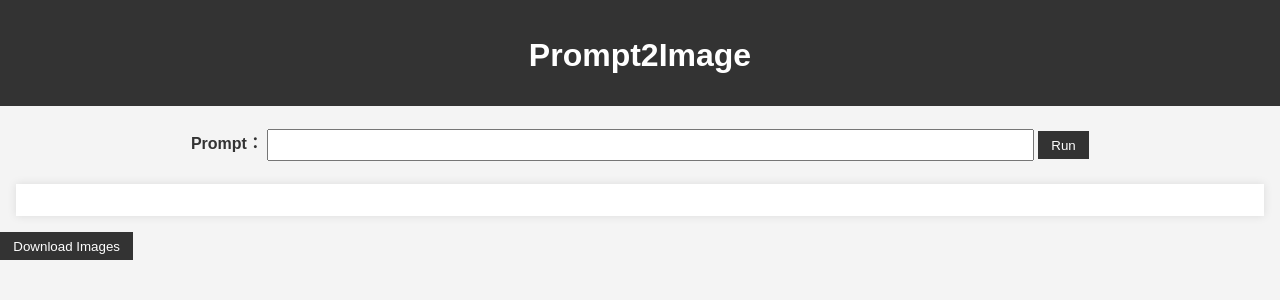
Repository: XTTTZ/Prompt2Image
Page: main1.html
The author's editor kept a copy of each file at every save. The page is drawn from the files as they stood at one save, then again after the next save.
The browser window is 1280 px wide. The pictures show the whole page.

Above is the page before, as saved 2023-11-13 05:48:29.
Console error: SyntaxError: Unexpected identifier 'searchInput'

### main1.html
<!DOCTYPE html>
<html lang="en">

<head>
    <meta charset="UTF-8">
    <meta name="viewport" content="width=device-width, initial-scale=1.0">
    <title>Prompt2Image</title>
    <style>
        body {
            font-family: 'Arial', sans-serif;
            margin: 0;
            padding: 0;
            background-color: #f4f4f4;
            color: #333;
        }

        header {
            background-color: #333;
            color: #fff;
            text-align: center;
            padding: 1em;
        }

        h1 {
            margin-bottom: 0.5em;
        }

        form {
            text-align: center;
            margin: 1em;
        }

        label {
            font-weight: bold;
        }

        input {
            padding: 0.5em;
            margin: 0.5em 0;
            width: 60%;
        }

        button {
            padding: 0.5em 1em;
            background-color: #333;
            color: #fff;
            border: none;
            cursor: pointer;
        }

        button:hover {
            background-color: #555;
        }

        #searchResult {
            margin: 1em;
            padding: 1em;
            background-color: #fff;
            box-shadow: 0 0 10px rgba(0, 0, 0, 0.1);
        }
    </style>
</head>

<body>
    <header>
        <h1>Prompt2Image</h1>
    </header>

    <form id="searchForm">
        <label for="searchInput">Prompt：</label>
        <input type="text" id="searchInput" name="searchInput">
        <button type="button" onclick="performSearch()">Run</button>
    </form>

    <div id="searchResult"></div>

    <!-- Display generated images -->
    <div id="generatedImages" class="generatedImage"></div>

    <button id="downloadButton" onclick="downloadImages()">Download Images</button>

    <script>
        function performSearch() {
            var searchInput = document.getElementById('searchInput').value;
            if searchInput == '':

                // 使用AJAX发送搜索内容到后端
                var xhr = new XMLHttpRequest();
            xhr.open('POST', '/search', true);
            xhr.setRequestHeader('Content-Type', 'application/json');
            xhr.onreadystatechange = function () {
                if (xhr.readyState == 4 && xhr.status == 200) {
                    // 处理从后端返回的结果
                    var result = JSON.parse(xhr.responseText);
                    document.getElementById('searchResult').innerHTML = '搜索结果：' + result.message + result.Time_used;
                }
            };
            xhr.send(JSON.stringify({ query: searchInput }));

            // Simulate a response with an array of sample image URLs
            var imageUrls = [
                'http://34.31.89.48:5000/download/image_0',
                'https://via.placeholder.com/256',
                'https://via.placeholder.com/256',
                'https://via.placeholder.com/256',
                // Add more image URLs as needed
            ];

            // Display the generated images
            var generatedImagesContainer = document.getElementById('generatedImages');
            var downloadButton = document.getElementById('downloadButton');

            // Clear previous content
            generatedImagesContainer.innerHTML = '';

            // Append image elements dynamically
            imageUrls.forEach(function (url) {
                var img = document.createElement('img');
                img.src = url;
                generatedImagesContainer.appendChild(img);
            });

            // Display the container and download button
            generatedImagesContainer.style.display = 'block';
            downloadButton.style.display = 'block';
        }

        function downloadImages() {
            // Simulate image download with sample image URLs
            var imageUrls = [
                'http://34.31.89.48:5000/download/image_0',
                'http://34.31.89.48:5000/download/image_0',
                'http://34.31.89.48:5000/download/image_0',
                'http://34.31.89.48:5000/download/image_0',
                // Add more image URLs as needed
            ];

            // Create a link element for each image and trigger download
            imageUrls.forEach(function (url, index) {
                var a = document.createElement('a');
                a.href = url;
                a.download = 'generated_image_' + (index + 1) + '.png';
                document.body.appendChild(a);
                a.click();
                document.body.removeChild(a);
            });
        }
    </script>
</body>

</html>

After the next save:
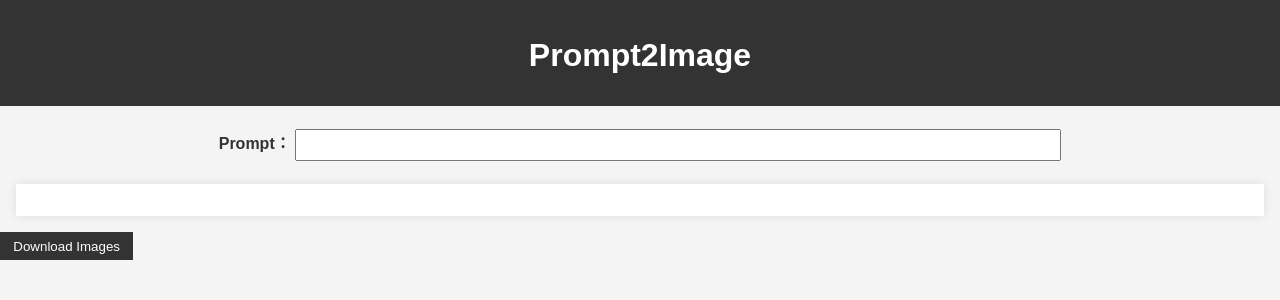
The error is gone.
Saved 2 min 30 s later.
--- a/main1.html
+++ b/main1.html
@@ -69,7 +69,7 @@
     <form id="searchForm">
         <label for="searchInput">Prompt：</label>
         <input type="text" id="searchInput" name="searchInput">
-        <button type="button" onclick="performSearch()">Run</button>
+        <button type="button" onclick="performSearch()" style="display:none;">Run</button>
     </form>
 
     <div id="searchResult"></div>
@@ -82,10 +82,15 @@
     <script>
         function performSearch() {
             var searchInput = document.getElementById('searchInput').value;
-            if searchInput == '':
+            if (searchInput == '') {
 
-                // 使用AJAX发送搜索内容到后端
-                var xhr = new XMLHttpRequest();
+            }
+            else {
+
+            }
+
+            // 使用AJAX发送搜索内容到后端
+            var xhr = new XMLHttpRequest();
             xhr.open('POST', '/search', true);
             xhr.setRequestHeader('Content-Type', 'application/json');
             xhr.onreadystatechange = function () {
